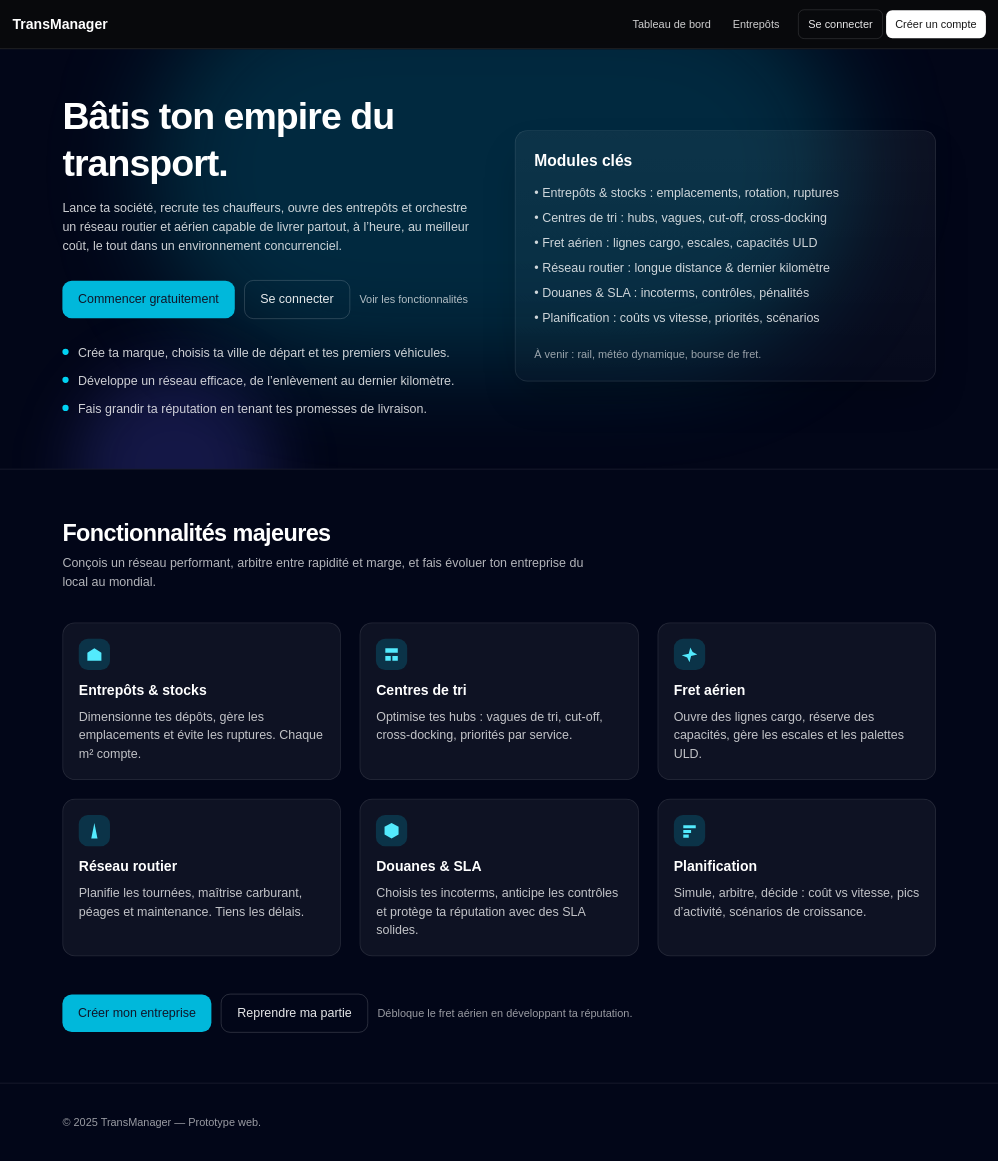
Repository: mathys65/transmanager
Page: /
An editor plug-in stored every save of this project. The page is shown before and after the next save, followed by the edit.
The browser window is 1280 px wide. The pictures show the whole page, at 78% of full size.
The project was rebuilt for these pictures with package versions that can differ from the ones it lists, and the page was loaded fresh each time. The framework's server and built-in components were replaced by stand-ins that run in the browser. Also part of the build but not shown: next.config.ts.

Above is the page before, as saved 2025-09-14 19:18:43.

After the next save:
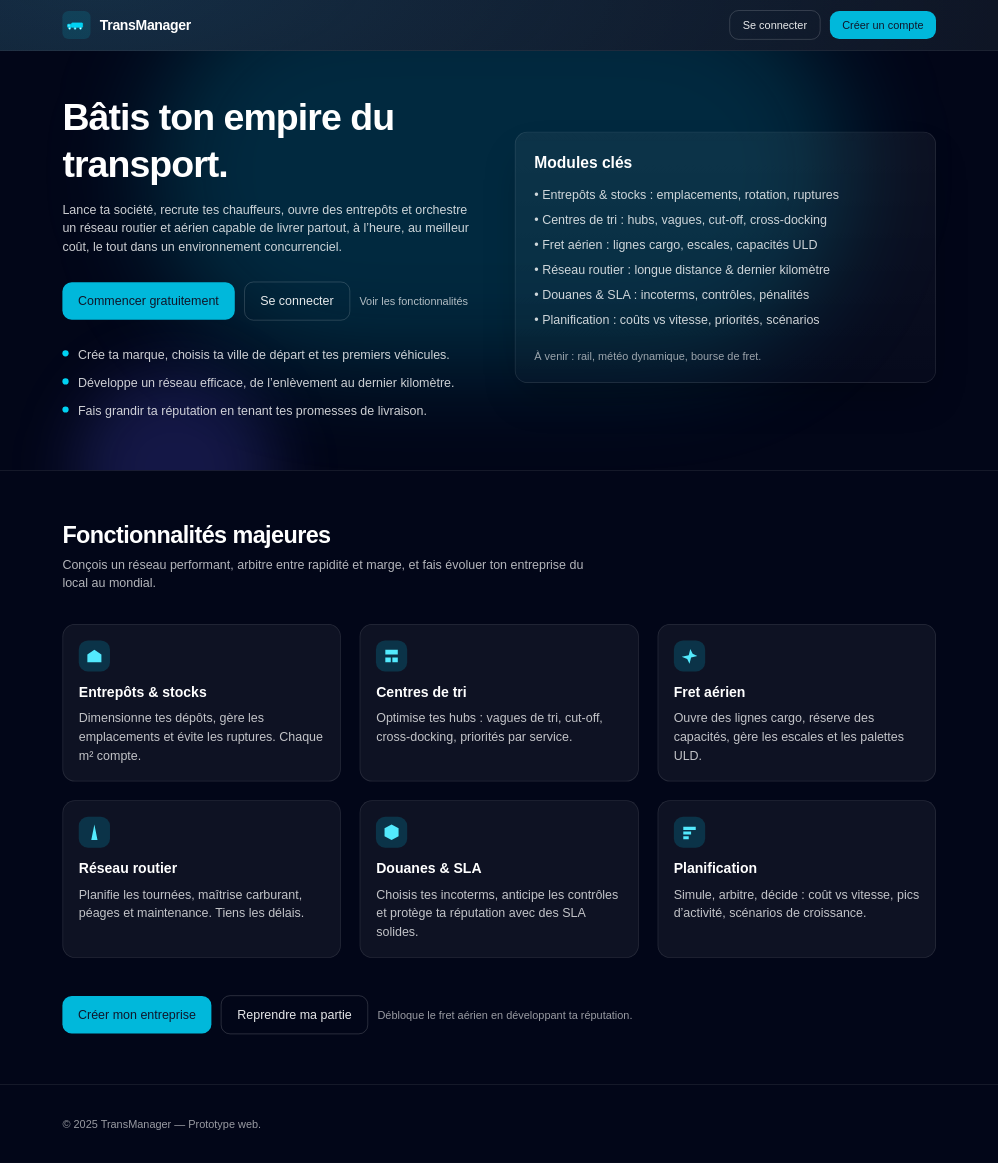
Saved 37 s later.
--- a/src/components/Navbar.tsx
+++ b/src/components/Navbar.tsx
@@ -1,50 +1,53 @@
-'use client';
+"use client";
 
-import Link from 'next/link';
-import { usePathname } from 'next/navigation';
+import Link from "next/link";
 
 export default function Navbar() {
-  const pathname = usePathname();
-
-  const Item = ({ href, label }: { href: string; label: string }) => {
-    const active = pathname === href || (href !== '/' && pathname?.startsWith(href));
-    return (
-      <Link
-        href={href}
-        className={[
-          'px-3 py-2 rounded-lg text-sm transition-colors',
-          active ? 'bg-white/10 text-white' : 'text-white/80 hover:text-white hover:bg-white/10',
-        ].join(' ')}
-      >
-        {label}
-      </Link>
-    );
-  };
-
   return (
-    <header className="w-full sticky top-0 z-40 bg-neutral-950/80 backdrop-blur border-b border-white/10">
-      <nav className="mx-auto max-w-7xl px-4 py-3 flex items-center justify-between">
-        <Link href="/" className="flex items-center gap-2">
-          <span className="text-lg font-semibold">TransManager</span>
+    <header className="sticky top-0 z-40 w-full border-b border-white/10 bg-[radial-gradient(1200px_400px_at_10%_-20%,rgba(56,189,248,0.15),transparent),linear-gradient(to_right,rgba(17,24,39,0.85),rgba(17,24,39,0.85))] backdrop-blur">
+      <div className="mx-auto flex h-16 max-w-6xl items-center justify-between px-4">
+        <Link href="/" className="flex items-center gap-3">
+          {/* Logo : camion minimaliste */}
+          <div className="inline-flex h-9 w-9 items-center justify-center rounded-lg bg-cyan-500/15">
+            <svg
+              viewBox="0 0 64 32"
+              width="28"
+              height="28"
+              fill="none"
+              stroke="currentColor"
+              strokeWidth="2"
+              className="text-cyan-400"
+            >
+              {/* Cabine */}
+              <rect x="6" y="14" width="12" height="9" rx="1.5" fill="currentColor" />
+              {/* Fenêtre cabine */}
+              <rect x="7.5" y="15.5" width="5" height="4" rx="0.5" fill="white" />
+              {/* Remorque */}
+              <rect x="18" y="10" width="32" height="13" rx="2" fill="currentColor" />
+              {/* Roues */}
+              <circle cx="12" cy="26" r="3" fill="white" stroke="currentColor" strokeWidth="2" />
+              <circle cx="28" cy="26" r="3" fill="white" stroke="currentColor" strokeWidth="2" />
+              <circle cx="44" cy="26" r="3" fill="white" stroke="currentColor" strokeWidth="2" />
+            </svg>
+          </div>
+          <span className="text-lg font-semibold tracking-tight text-white">TransManager</span>
         </Link>
 
-        <div className="flex items-center gap-1">
-          <Item href="/dashboard" label="Tableau de bord" />
-          <Item href="/warehouses" label="Entrepôts" />
+        <nav className="flex items-center gap-3">
           <Link
             href="/auth/signin"
-            className="ml-2 px-3 py-2 rounded-lg text-sm border border-white/15 text-white/90 hover:bg-white/10"
+            className="rounded-xl border border-white/20 px-4 py-2 text-sm text-white/90 transition hover:bg-white/10"
           >
             Se connecter
           </Link>
           <Link
             href="/auth/signup"
-            className="px-3 py-2 rounded-lg text-sm bg-white text-neutral-900 hover:bg-neutral-200"
+            className="rounded-xl bg-cyan-500 px-4 py-2 text-sm font-medium text-slate-900 transition hover:bg-cyan-400"
           >
             Créer un compte
           </Link>
-        </div>
-      </nav>
+        </nav>
+      </div>
     </header>
   );
 }
